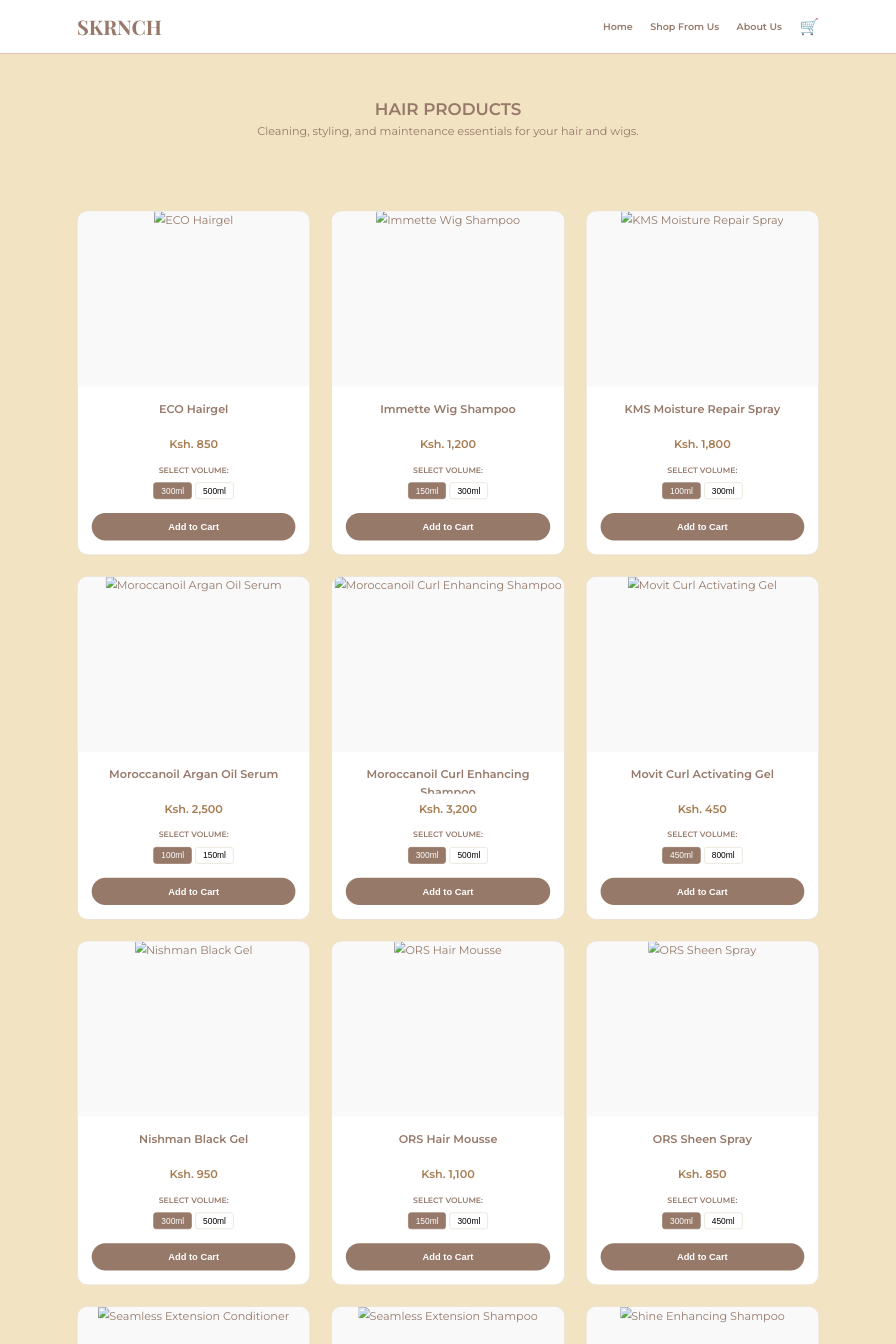
Repository: ndirituart/Portfolio
Page: products/hairproducts.html
An editor plug-in stored every save of this project. The page is shown before and after the next save, followed by the edit.
The browser window is 1280 px wide. The pictures show the part of the page from y = 0 to 1920 px (the page is 3743 px tall before and 3768 px after), at 70% of full size.
Some web fonts or font styles are not loaded; a fallback is used.

Above is the page before, as saved 2026-02-13 17:59:33.
Not found: assets/products/ECO Hairgel.jpg
Not found: assets/products/Immette Wig Shampoo.jpg
Not found: assets/products/KMS Moisture Repair Spray.jpg

### products/hairproducts.html
<!DOCTYPE html>
<html lang="en">
<head>
    <meta charset="UTF-8">
    <meta name="viewport" content="width=device-width, initial-scale=1.0">
    <title>SKRNCH | Hair Products</title>
    <script src="https://unpkg.com/vue@3/dist/vue.global.js"></script>
    <link href="https://fonts.googleapis.com/css2?family=Playfair+Display:ital,wght@0,700;1,700&family=Montserrat:wght@400;600&display=swap" rel="stylesheet">
    <style>
        :root {
            --cream: #F2E3C2; --sand: #E5DED2; --bronze: #A67C52;
            --gold-leaf: #C5B081; --deep-cocoa: #967969; --white: #ffffff;
            --pink: #D4A5A5; --max-width: 1100px;
            --heading-font: 'Playfair Display', serif;
            --body-font: 'Montserrat', sans-serif;
        }

        [v-cloak] { display: none; }
        * { margin: 0; padding: 0; box-sizing: border-box; }
        body { background-color: var(--cream); color: var(--deep-cocoa); font-family: var(--body-font); line-height: 1.6; }
        .container { max-width: var(--max-width); margin: 0 auto; padding: 0 20px; }

        /* --- HEADER --- */
        .main-header { background: white; padding: 15px 0; position: sticky; top: 0; z-index: 1000; border-bottom: 1px solid var(--pink); }
        .main-header .container { display: flex; justify-content: space-between; align-items: center; }
        .logo { font-family: var(--heading-font); font-size: 1.8rem; font-weight: 700; color: var(--deep-cocoa); }

        nav ul { display: flex; list-style: none; align-items: center; }
        nav ul li { margin-left: 25px; }
        nav ul li a { text-decoration: none; color: var(--deep-cocoa); font-weight: 600; font-size: 0.85rem; }

        /* --- CART ICON --- */
        .cart-link { position: relative; font-size: 1.4rem; text-decoration: none; display: flex; align-items: center; }
        .cart-badge {
            position: absolute; top: -5px; right: -12px; background: var(--bronze);
            color: white; font-size: 0.7rem; padding: 2px 6px; border-radius: 50%; font-weight: bold;
        }

        /* --- DROPDOWN --- */
        .dropdown { position: relative; }
        .dropdown-content { display: none; position: absolute; background: white; min-width: 200px; box-shadow: 0 8px 16px rgba(0,0,0,0.1); border-radius: 8px; top: 100%; border: 1px solid var(--pink); padding: 10px 0; }
        .dropdown:hover .dropdown-content { display: block; }
        .dropdown-content a { color: var(--deep-cocoa); padding: 12px 16px; text-decoration: none; display: block; font-size: 0.85rem; }

        /* --- PRODUCT GRID --- */
        .grid { display: grid; grid-template-columns: repeat(auto-fill, minmax(260px, 1fr)); gap: 30px; padding: 40px 0; }
        .product-card { background: white; border-radius: 15px; overflow: hidden; border: 1px solid var(--sand); transition: 0.3s; text-align: center; }
        .product-card:hover { transform: translateY(-5px); }
        .img-box { height: 250px; background: #f9f9f9; }
        .img-box img { width: 100%; height: 100%; object-fit: cover; }

        .product-info { padding: 20px; }
        .product-info h3 { font-size: 1rem; margin-bottom: 10px; height: 40px; overflow: hidden; }
        .price { font-weight: 700; color: var(--bronze); margin-bottom: 15px; display: block; }

        /* --- VOLUME SELECTOR --- */
        .volume-label { font-size: 0.7rem; font-weight: bold; text-transform: uppercase; margin-bottom: 8px; display: block; }
        .volume-options { display: flex; justify-content: center; gap: 5px; margin-bottom: 20px; flex-wrap: wrap; }
        .vol-btn {
            padding: 4px 10px; border: 1px solid var(--sand); background: white;
            border-radius: 4px; cursor: pointer; font-size: 0.75rem;
        }
        .vol-btn.active { background: var(--deep-cocoa); color: white; border-color: var(--deep-cocoa); }

        .btn-cart { width: 100%; background: var(--deep-cocoa); color: white; border: none; padding: 12px; border-radius: 50px; cursor: pointer; font-weight: 600; }

        /* --- FOOTER --- */
        .main-footer { background: var(--deep-cocoa); color: white; padding: 60px 0 20px; margin-top: 50px; }
        .footer-grid { display: grid; grid-template-columns: repeat(auto-fit, minmax(200px, 1fr)); gap: 40px; }
        .footer-links ul { list-style: none; }
        .footer-links a { color: var(--pink); text-decoration: none; font-size: 0.9rem; line-height: 2; }
    </style>
</head>
<body>

<div id="app" v-cloak>
    <header class="main-header">
        <div class="container">
            <div class="logo">SKRNCH</div>
            <nav>
                <ul>
                    <li><a href="index.html">Home</a></li>
                    <li class="dropdown">
                        <a href="shop.html">Shop From Us</a>
                        <div class="dropdown-content">
                            <a href="wigs.html">Wigs & Extensions</a>
                            <a href="accessories.html">Accessories</a>
                            <a href="essentials.html">Essentials</a>
                            <a href="products.html">Hair Products</a>
                        </div>
                    </li>
                    <li><a href="about.html">About Us</a></li>
                    <li>
                        <a href="cart.html" class="cart-link">
                            🛒<span v-if="cartCount > 0" class="cart-badge">{{ cartCount }}</span>
                        </a>
                    </li>
                </ul>
            </nav>
        </div>
    </header>

    <main class="container">
        <section style="padding: 60px 0; text-align: center;">
            <h1>HAIR PRODUCTS</h1>
            <p>Cleaning, styling, and maintenance essentials for your hair and wigs.</p>
        </section>

        <div class="grid">
            <div class="product-card" v-for="item in products" :key="item.id">
                <div class="img-box">
                    <img :src="item.image" :alt="item.name">
                </div>
                <div class="product-info">
                    <h3>{{ item.name }}</h3>
                    <span class="price">Ksh. {{ item.price.toLocaleString() }}</span>

                    <span class="volume-label">Select Volume:</span>
                    <div class="volume-options">
                        <button v-for="size in item.volumes"
                                :key="size"
                                :class="['vol-btn', { active: item.userChoice === size }]"
                                @click="item.userChoice = size">
                            {{ size }}
                        </button>
                    </div>

                    <button class="btn-cart" @click="addToCart(item)">Add to Cart</button>
                </div>
            </div>
        </div>
    </main>

    <footer class="main-footer">
        <div class="container footer-grid">
            <div>
                <div class="logo" style="color: white; margin-bottom: 15px;">SKRNCH</div>
                <p>Authentic quality you can feel, style you can see.</p>
            </div>
            <div class="footer-links">
                <h4>Explore</h4>
                <ul>
                    <li><a href="shop.html">Shop All</a></li>
                    <li><a href="tips.html">Care Tips</a></li>
                </ul>
            </div>
            <div class="footer-links">
                <h4>Support</h4>
                <ul>
                    <li><a href="contact.html">Contact Us</a></li>
                    <li><a href="privacy.html">Privacy Policy</a></li>
                </ul>
            </div>
        </div>
        <div class="container" style="text-align: center; margin-top: 40px; font-size: 0.8rem; color: var(--pink);">
            &copy; 2026 SKRNCH. All rights reserved.
        </div>
    </footer>
</div>

<script>
    const { createApp } = Vue;

    createApp({
        data() {
            return {
                cart: JSON.parse(localStorage.getItem('eemani_cart')) || [],
                products: [
                    { id: 201, name: 'ECO Hairgel', price: 850, image: '../assets/products/ECO Hairgel.jpg', volumes: ['300ml', '500ml'], userChoice: '300ml' },
                    { id: 202, name: 'Immette Wig Shampoo', price: 1200, image: '../assets/products/Immette Wig Shampoo.jpg', volumes: ['150ml', '300ml'], userChoice: '150ml' },
                    { id: 203, name: 'KMS Moisture Repair Spray', price: 1800, image: '../assets/products/KMS Moisture Repair Spray.jpg', volumes: ['100ml', '300ml'], userChoice: '100ml' },
                    { id: 204, name: 'Moroccanoil Argan Oil Serum', price: 2500, image: '../assets/products/Moroccanoil Argan Oil Serum.jpg', volumes: ['100ml', '150ml'], userChoice: '100ml' },
                    { id: 205, name: 'Moroccanoil Curl Enhancing Shampoo', price: 3200, image: '../assets/products/Moroccanoil Curl Enhancing Shampoo.jpg', volumes: ['300ml', '500ml'], userChoice: '300ml' },
                    { id: 206, name: 'Movit Curl Activating Gel', price: 450, image: '../assets/products/Movit Curl Activating Gel.jpg', volumes: ['450ml', '800ml'], userChoice: '450ml' },
                    { id: 207, name: 'Nishman Black Gel', price: 950, image: '../assets/products/Nishman Black Gel.jpg', volumes: ['300ml', '500ml'], userChoice: '300ml' },
                    { id: 208, name: 'ORS Hair Mousse', price: 1100, image: '../assets/products/ORS Hair Mousse.jpg', volumes: ['150ml', '300ml'], userChoice: '150ml' },
                    { id: 209, name: 'ORS Sheen Spray', price: 850, image: '../assets/products/ORS Sheen Spray.jpg', volumes: ['300ml', '450ml'], userChoice: '300ml' },
                    { id: 210, name: 'Seamless Extension Conditioner', price: 2800, image: '../assets/products/Seamless Extension Conditioner.jpg', volumes: ['300ml', '1000ml'], userChoice: '300ml' },
                    { id: 211, name: 'Seamless Extension Shampoo', price: 2800, image: '../assets/products/Seamless Extension Shampoo.jpg', volumes: ['300ml', '1000ml'], userChoice: '300ml' },
                    { id: 212, name: 'Shine Enhancing Shampoo', price: 1500, image: '../assets/products/Shine Enhancing Shampoo.jpg', volumes: ['500ml', '800ml'], userChoice: '500ml' },
                    { id: 213, name: 'Shine Wig Conditioner', price: 1400, image: '../assets/products/Shine Wig Conditioner.jpg', volumes: ['300ml', '500ml'], userChoice: '300ml' },
                    { id: 214, name: 'Soft N Free Styling Gel', price: 400, image: '../assets/products/Soft N Free Styling Gel.jpg', volumes: ['450ml', '500ml'], userChoice: '450ml' },
                    { id: 215, name: 'TCB Sheen Spray', price: 750, image: '../assets/products/TCB Sheen Spray.jpg', volumes: ['300ml', '450ml'], userChoice: '300ml' },
                    { id: 216, name: 'Volumizing Powder', price: 1250, image: '../assets/products/Volumizing Powder.jpg', volumes: ['100ml', '150ml'], userChoice: '100ml' }
                ]
            }
        },
        computed: {
            cartCount() {
                return this.cart.reduce((total, item) => total + item.quantity, 0);
            }
        },
        methods: {
            addToCart(product) {
                const cartId = `${product.id}-${product.userChoice}`;
                const existing = this.cart.find(i => i.cartId === cartId);

                if (existing) {
                    existing.quantity++;
                } else {
                    this.cart.push({
                        cartId: cartId,
                        name: product.name,
                        price: product.price,
                        choice: product.userChoice,
                        image: product.image,
                        quantity: 1
                    });
                }
                localStorage.setItem('eemani_cart', JSON.stringify(this.cart));
                alert(`${product.name} (${product.userChoice}) added to cart!`);
            }
        }
    }).mount('#app');
</script>
</body>
</html>

After the next save:
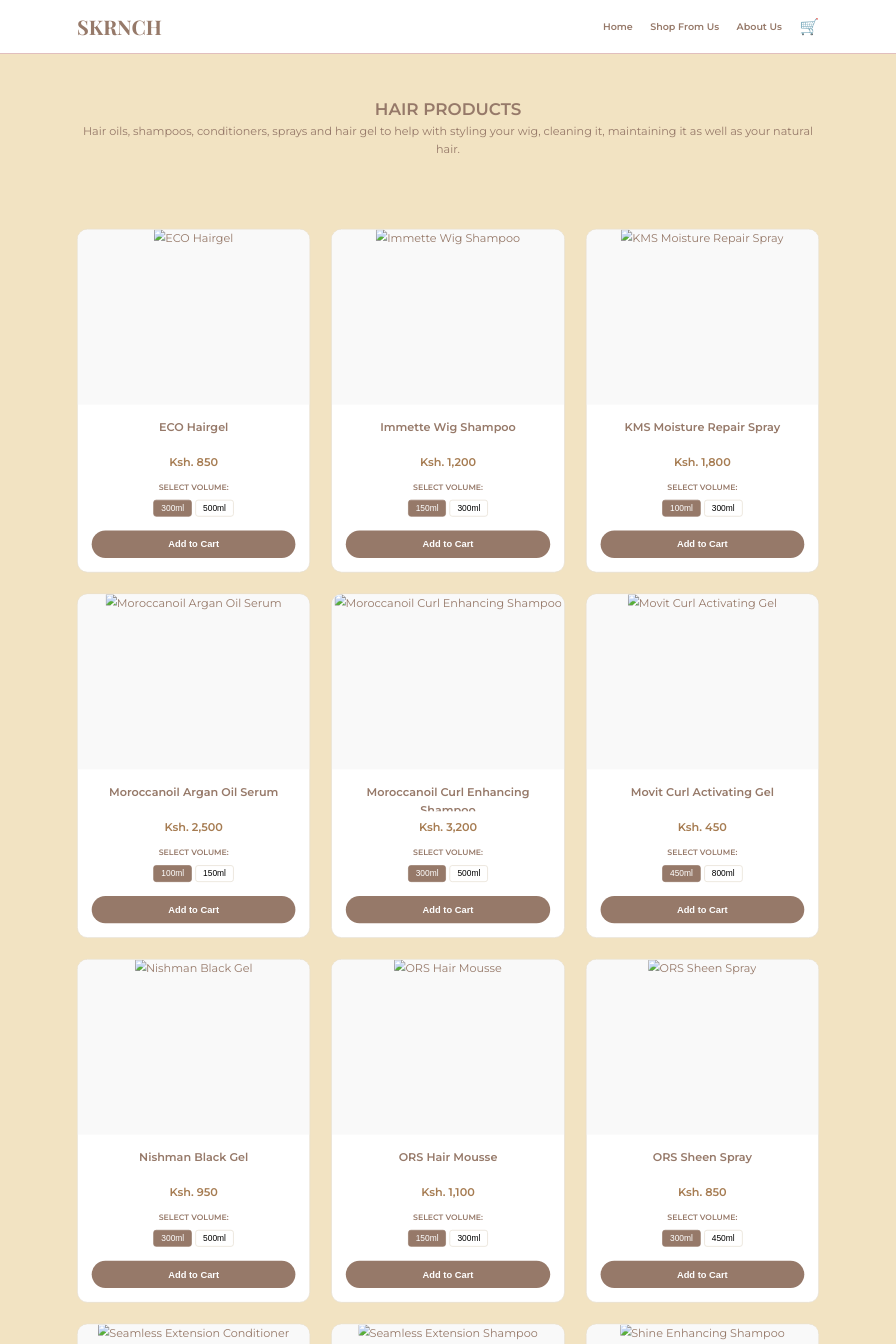
Saved 34 s later.
--- a/products/hairproducts.html
+++ b/products/hairproducts.html
@@ -103,7 +103,9 @@
     <main class="container">
         <section style="padding: 60px 0; text-align: center;">
             <h1>HAIR PRODUCTS</h1>
-            <p>Cleaning, styling, and maintenance essentials for your hair and wigs.</p>
+            <p> Hair oils, shampoos, conditioners, sprays and hair gel to help with styling your wig, cleaning it,
+
+                    maintaining it as well as your natural hair.</p>
         </section>
 
         <div class="grid">
